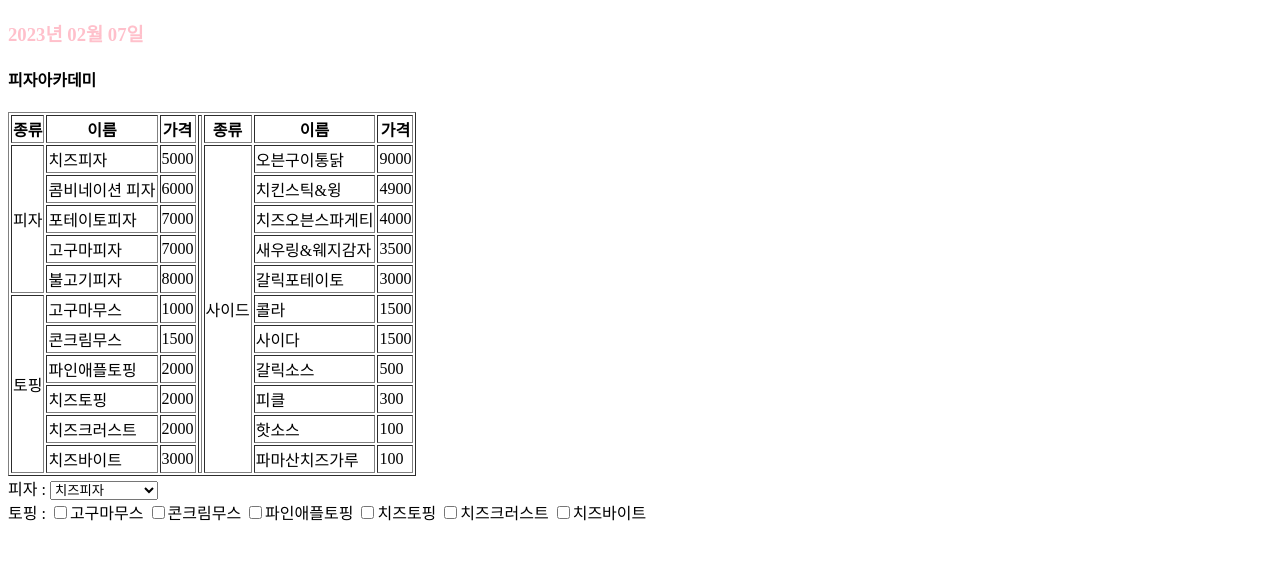
Repository: yejin0220/Web-workspace1
Page: http://localhost/2_JSP/views/04_PizzaOrderForm.jsp
An editor plug-in stored every save of this project. The page is shown before and after the next save, followed by the edit.
The browser window is 1280 px wide. The pictures show the whole page.
The page is served by Tomcat 9.

Above is the page before, as saved 2023-02-09 01:10:23.

After the next save:
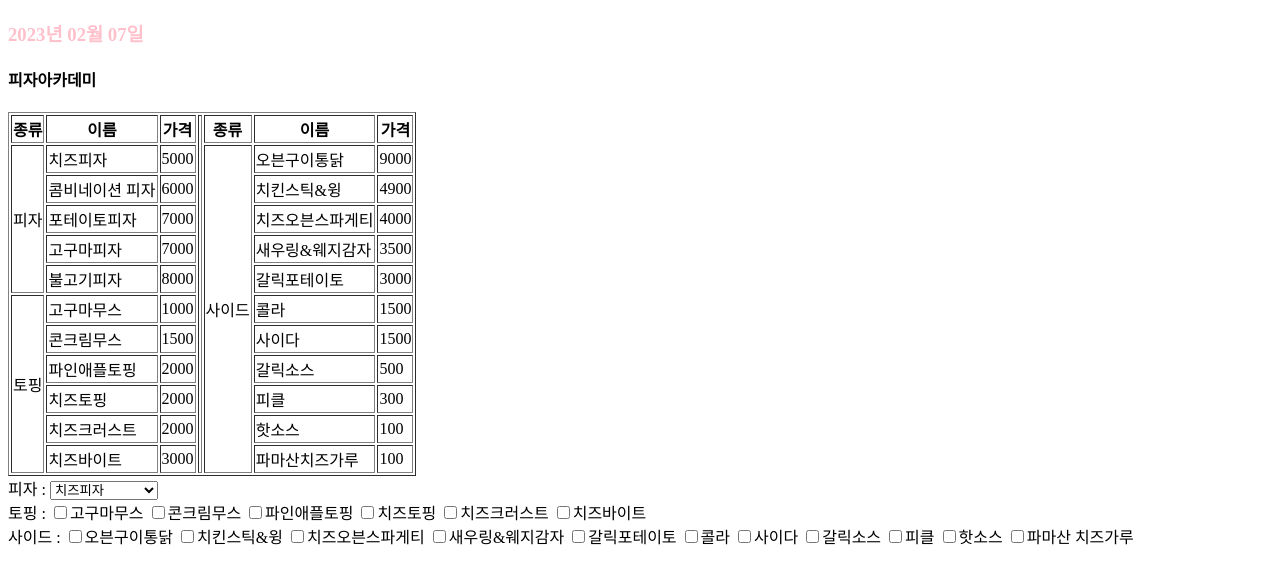
Saved 2 min 29 s later.
--- a/2_JSP/WebContent/views/04_PizzaOrderForm.jsp
+++ b/2_JSP/WebContent/views/04_PizzaOrderForm.jsp
@@ -125,6 +125,21 @@
 	<input type="checkbox" name="top" value="치즈토핑">치즈토핑
 	<input type="checkbox" name="top" value="치즈크러스트">치즈크러스트
 	<input type="checkbox" name="top" value="치즈바이트">치즈바이트
+	<br>
+
+	사이드 :
+	<input type="checkbox" name="side" value="오븐구이통닭">오븐구이통닭
+	<input type="checkbox" name="side" value="치킨스틱&윙">치킨스틱&윙
+	<input type="checkbox" name="side" value="치즈오븐스파게티">치즈오븐스파게티
+	<input type="checkbox" name="side" value="새우링&웨지감자">새우링&웨지감자
+	<input type="checkbox" name="side" value="갈릭포테이토">갈릭포테이토
+	<input type="checkbox" name="side" value="콜라">콜라
+	<input type="checkbox" name="side" value="사이다">사이다
+	<input type="checkbox" name="side" value="갈릭소스">갈릭소스
+	<input type="checkbox" name="side" value="피클">피클
+	<input type="checkbox" name="side" value="핫소스">핫소스
+	<input type="checkbox" name="side" value="파마산 치즈가루">파마산 치즈가루
+
 
 
 
